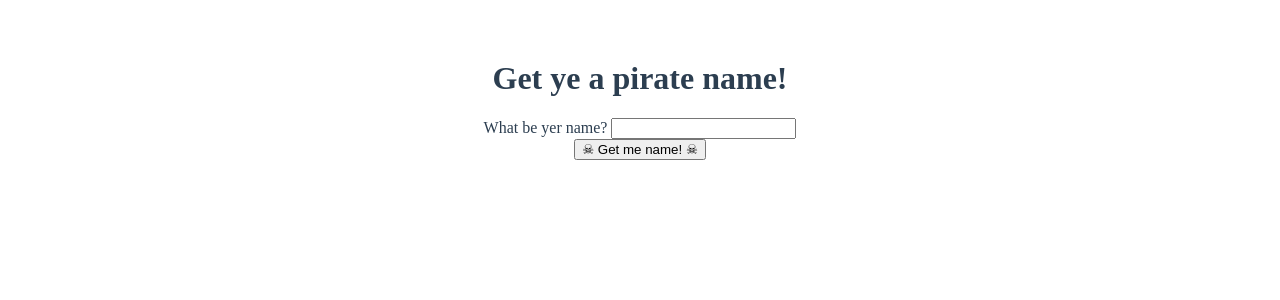
Repository: tessaSAC/pirate-namer
Page: /
The author's editor kept a copy of each file at every save. The page is drawn from the files as they stood at one save, then again after the next save.
The browser window is 1280 px wide. The pictures show the whole page.
Some web fonts or font styles are not loaded; a fallback is used. The project was rebuilt for these pictures with package versions that can differ from the ones it lists, and the page was loaded fresh each time. Also part of the build but not shown: vite.config.js.

Above is the page before, as saved 2021-08-05 20:05:10.

### src/App.vue
<script>
const pirateTitles = [
  'Anchor Watch',
  'Arrrrmourer',
  'Arrrrmourer\'s Mate',
  'Arrrtist',
  'Boatswain',
  'Bosun\'s Mate',
  'Cape-Merchant',
  'Captain',
  'Cap\'n',
  'Carrrrrrrrrrpenter',
  'Carrrrrrrrrrpenter\'s Mate',
  'Chirurgeon',
  'Cooper',
  'Coxswain',
  'First Mate',
  'Gunner',
  'Gunner\'s Mate',
  'Helmsperson',
  'Linguist',
  'Musketeer',
  'Ropemaker',
  'Sea-Arrrrrrrrrrrrrrtist',
  'Skipper',
  'Stand-by Watch',
  'Steersperson',
  'Surgeon',
  'Top Person',
  'Watch',

  // Nicknames
  'Birdeye',
  'Dread Pirate',
  'Old-Tide',
  'Stinkin',
  'Silly',
  'Viewtiful',
]

const pirateNames = [
  'Aegea',
  'Anamaria',
  'Angelica',
  'Anne',
  'Arcelia',
  'Bonny',
  'Calypso',
  'Charlotte',
  'Ching',
  'Christina',
  'Destiny',
  'Elise',
  'Elizabeth',
  'Flora',
  'Grace',
  'Jacquotte',
  'Jade',
  'Jeanne',
  'Johanna',
  'Lindsey',
  'Maire',
  'Margaret',
  'Maria',
  'Marina',
  'Mary',
  'Nerina',
  'Rachel',
  'Ruth',
  'Sadie',
  'Sayyida',
  'Sirene',
  'Teuta',
  'Tia',
  'Ula',
  'Amaro',
  'Archer',
  'Barbossa',
  'Bartholomew',
  'Calico',
  'Caspian',
  'Charles',
  'Cornelius',
  'Davy',
  'Drake',
  'Edmund',
  'Edward',
  'Francis',
  'Frederick',
  'Hawkins',
  'Henry',
  'Hudd',
  'Jack',
  'JohnIsland',
  'Kiddduring',
  'Marquis',
  'Nathaniel',
  'Nicholas',
  'Phineas',
  'Pierre',
  'Raleigh',
  'Richard',
  'Roger',
  'Ronan',
  'Stede',
  'Thomas',
  'William',
  'Zheng',
  'Bellamy',
  'James',
  'Jordan',
  'Journey',
  'Morgan',
  'Phoenix',
  'Scout',
  'Sailor',
]

const pirateNicknames = [
  'Dark-Skull',
  'One Piece',
  'The Gentle Pirate',
  'The Rhode Island Pirate',
  'The Unicorn',
  'The Vue Fan',
]

export default {
  data: _ => ({
    userName: '',
    pirateName: '',
  }),

  methods: {
    generatePirateName() {
      const [pirateTitles, pirateNicknames] = this.randomiseNicknames()
      const title = this.getRandomName(pirateTitles)
      const pname = this.getRandomName(pirateNames)
      const nickname = this.getRandomName(pirateNicknames)

      this.pirateName = `${ title ? title + ' ' : ''}${ pname }${ nickname ? ' "' + nickname + '"': ''}`
    },

    getRandomName(listNames) {
      const nameToTransform = this.userName || '🦜'
      const characterToGenerateName = nameToTransform.charCodeAt(Math.round(Math.random() * 10000) % (nameToTransform.length - 1)) % listNames.length
      return listNames[characterToGenerateName]
    },

    randomiseNicknames() {
      const tempPirateTitles = [...pirateTitles]
      const tempPirateNicknames = [...pirateNicknames]
      tempPirateTitles.length = Math.round(Math.random() * (tempPirateTitles.length * 3))
      tempPirateNicknames.length = Math.round(Math.random() * (tempPirateTitles.length * 5))
      return [ tempPirateTitles, tempPirateNicknames ]
    }
  },
}
</script>

<template>
<h1>Get ye a pirate name!</h1>
<form @submit.prevent="generatePirateName">
  <label>
    What be yer name?
    <input v-model="userName" />
  </label>
  <br />
  <button>
    ☠ Get me name! ☠
  </button>

  <div>
    <output name="Yer Pirate Name Be">
      {{ pirateName }}
    </output>
  </div>
</form>
</template>


<style>
@import url('https://fonts.googleapis.com/css2?family=Grenze+Gotisch&family=Miniver&family=Playball&family=Seaweed+Script&family=Trade+Winds&display=swap');

#app {
  font-family: 'Grenze Gotisch', cursive;
  font-family: 'Miniver', cursive;
  font-family: 'Playball', cursive;
  font-family: 'Seaweed Script', cursive;
  font-family: 'Trade Winds', cursive;

  -webkit-font-smoothing: antialiased;
  -moz-osx-font-smoothing: grayscale;
  text-align: center;
  color: #2c3e50;
  margin-top: 60px;
}
</style>

Loaded but not shown: index.html (common file); src/main.js (common file)

After the next save:
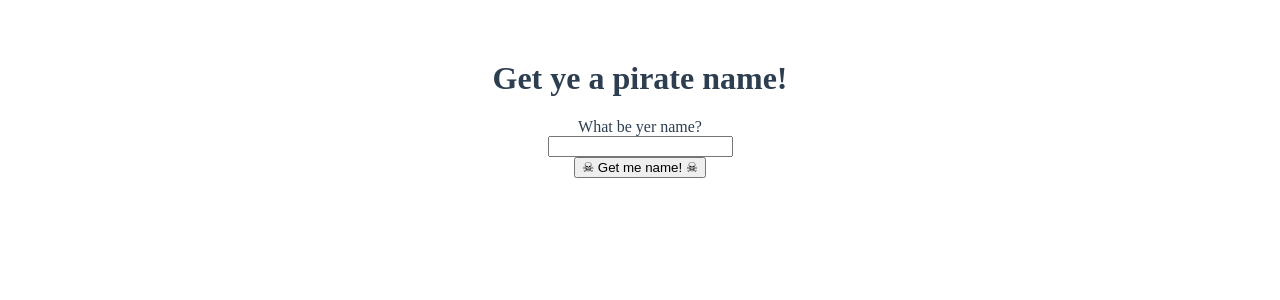
Saved 11 s later.
--- a/src/App.vue
+++ b/src/App.vue
@@ -163,9 +163,10 @@ export default {
 <form @submit.prevent="generatePirateName">
   <label>
     What be yer name?
+    <br>
     <input v-model="userName" />
   </label>
-  <br />
+  <br>
   <button>
     ☠ Get me name! ☠
   </button>
